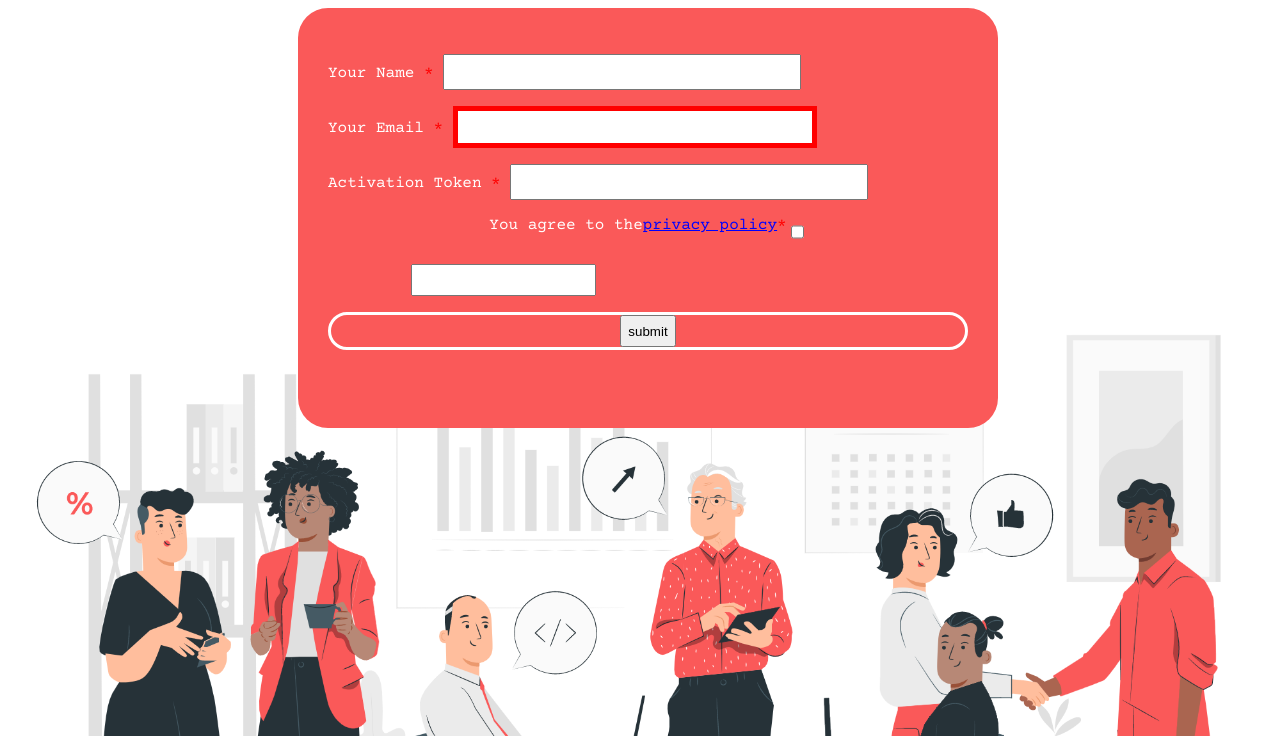
Repository: Rachael4life/Assignment-1
Page: starter-code/src/index.html
These files come from the project's save history. The page is drawn as it stood at one moment and after the next save; the edit follows.
The browser window is 1280 px wide. The page is 1288 px wide, so the pictures cover 1288 px, including what lies to the right of the window. The pictures show the whole page.

Above is the page before, as saved 2022-02-25 16:54:25.

After the next save:
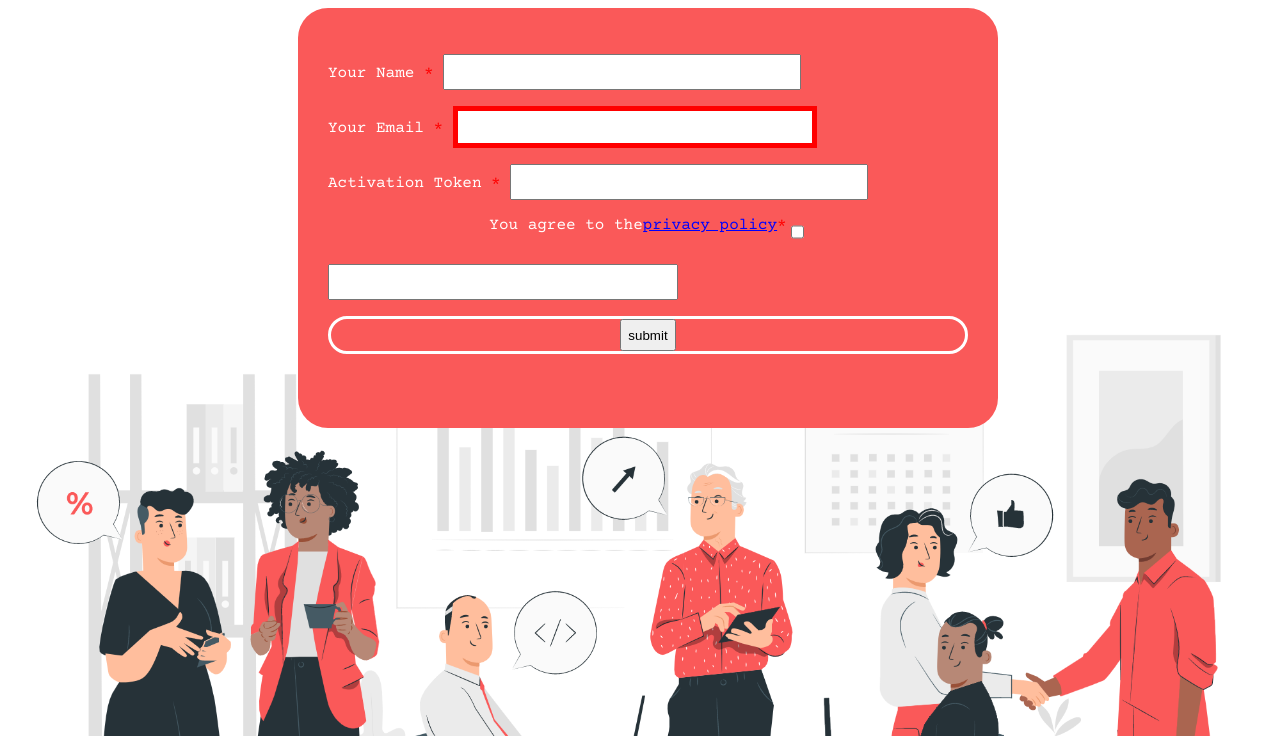
Saved 4 s later.
--- a/starter-code/src/index.html
+++ b/starter-code/src/index.html
@@ -32,7 +32,7 @@
             </div>
             <p></p>
             <div id="beef"><p></p>
-                <input type="text" class="">
+                <input type="text" class="formgroup">
             </div>
             <p></p>
             <div id="gogi"><p></p>
